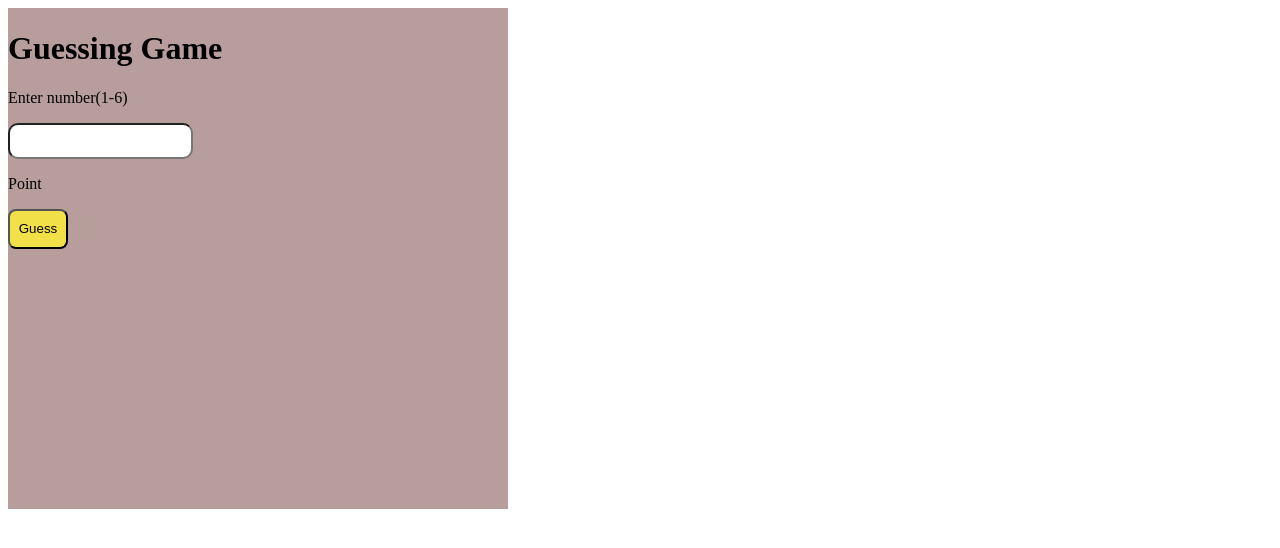
Repository: sedashahnazaryan/Guessing-Game
Page: index.html
An editor plug-in stored every save of this project. The page is shown before and after a run of saves, followed by the edit.
The browser window is 1280 px wide. The pictures show the whole page.

Above is the page before, as saved 2022-02-23 19:36:55.

### index.html
<!DOCTYPE html>
<html lang="en">
<head>
    <meta charset="UTF-8">
    <meta http-equiv="X-UA-Compatible" content="IE=edge">
    <meta name="viewport" content="width=device-width, initial-scale=1.0">
    <link rel="stylesheet" href="./index.css">
    <title>Gueess Game</title>
</head>
<body>
    <div class="container">
        <h1 class="Guessing">Guessing Game</h1>
     <p class="enter">Enter number(1-6)</p>
<input id="num" type="text">
     <p class="p">Point</p>
     <button id="btn">Guess</button>
     <div class="table" id="show-text"></div>
    </div>
 <script src="./index.js"></script>
</body>
</html>

### index.css
.container{

    background-color: #b89d9d;
    height: 500px;
    width: 500px;
    padding-top:1px;
}
#num{
height: 30px;
border-radius: 10px;
}
#btn{
    height: 40px;
    width: 60px;
    border-radius: 8px;
    background-color: rgb(241, 224, 72);
}
.table{
    height: 100px;
}

Loaded but not shown: index.js (no copy from this time; the picture is the same without it)

After the next 13 saves:
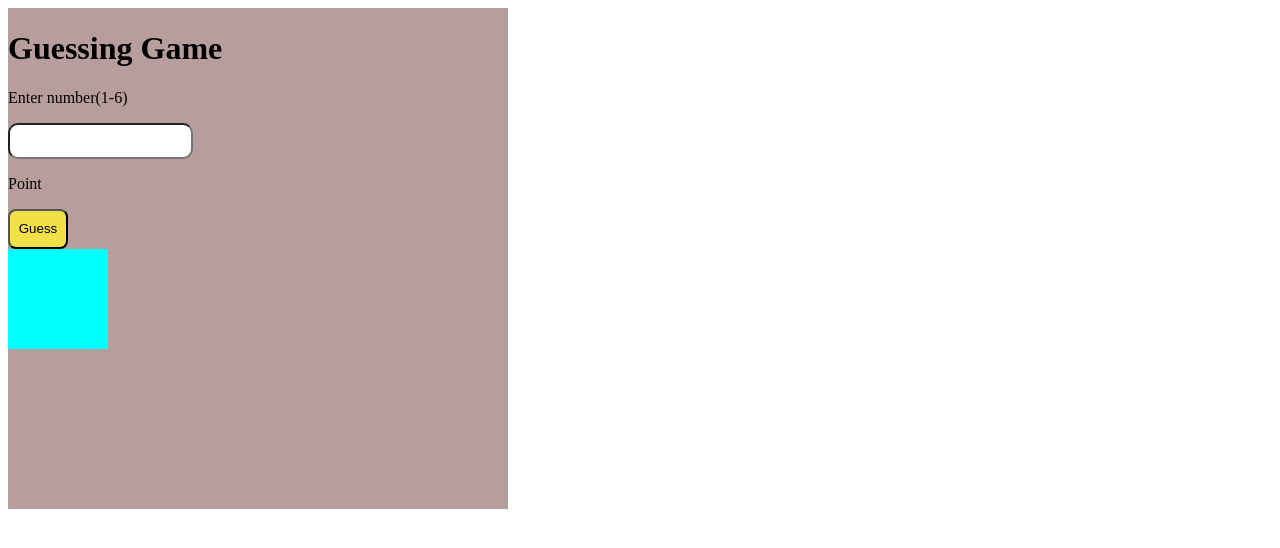
The 13 saves are shown as one change because they came seconds apart.
The last was saved 28 s later.
--- a/index.css
+++ b/index.css
@@ -17,4 +17,6 @@
 }
 .table{
     height: 100px;
+    width: 100px;
+    background-color: aqua;
 }
